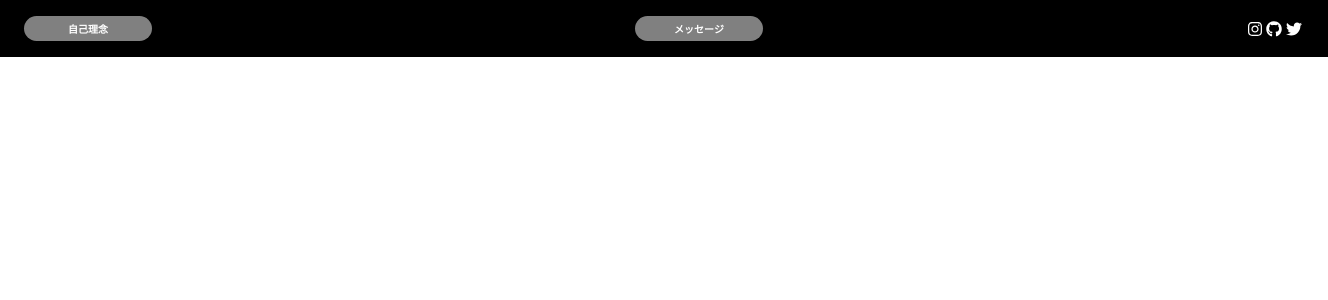
Repository: Rujuu-prog/react-mysite
Page: /
These files come from the project's save history. The page is drawn as it stood at one moment and after the next save; the edit follows.
The browser window is 1280 px wide. The page is 1328 px wide, so the pictures cover 1328 px, including what lies to the right of the window. The pictures show the whole page.
The project was rebuilt for these pictures with package versions that can differ from the ones it lists, and the page was loaded fresh each time. A package was used in the major version that the imports need, not the one package.json lists.

Above is the page before, as saved 2021-05-12 15:55:24.

### src/App.tsx
import React from 'react';
import { BrowserRouter, Link, Switch, Route } from "react-router-dom";
// import { Router } from "./router/Router";
import './App.css';
import { PrimaryButton } from './components/atoms/button/PrimaryButton';
import { Github } from './components/atoms/icon/Github';
import { Instagram } from './components/atoms/icon/Instagram';
import { Twitter } from './components/atoms/icon/Twitter';
import { IconList } from './components/molecules/IconList';
import { HeaderOnly } from './components/templates/HeaderOnly';



export default function App() {
  return (
    // <BrowserRouter>
      <div className="App" >
        <HeaderOnly/>

      </div>
    // </BrowserRouter>
  );
}

### src/components/templates/HeaderOnly.tsx
import React from "react";
import { Link } from "react-router-dom";
import styled from "styled-components";

import { Header } from "../atoms/layout/Header";
import { PrimaryButton } from "../atoms/button/PrimaryButton"
import { IconList } from "../molecules/IconList";

type Props = {
    children?: React.ReactNode;
};

export const HeaderOnly: React.FC<Props> = ({children}) => {
    return (
    <>
        <Header>
            <PrimaryButton>自己理念</PrimaryButton>
            <PrimaryButton>メッセージ</PrimaryButton>
            <IconList/>
        </Header>
        {children}
    </>
    );
};


// const SLink = styled(Link)`
//     margin: 0 8px;
// `;

### src/components/atoms/layout/Header.tsx
import React from "react";
import styled from "styled-components";

import { PrimaryButton } from '../button/PrimaryButton'

type Props = {
    children?: React.ReactNode;
}

export const Header: React.FC<Props> = ({children}) => {
    return (<SHeader>{children}</SHeader>);
};

const SHeader = styled.header`
    display: flex;
    justify-content: space-between;
    align-items: center;
    width: 100%;
    height: 20%;
    background-color: black;
    color: #fff;
    text-align: center;
    padding: 16px 24px;
`;

### src/components/atoms/button/PrimaryButton.tsx
import styled from "styled-components";
import { BaseButton } from "./BaseButton";

export const PrimaryButton = (props:any) => {
    const { children } = props;
    return <SButton>{children}</SButton>;
};

const SButton = styled(BaseButton)`
    background-color: gray;
    width: 10%;
    font-size: 10px;
    padding: 5px;
`;

### src/components/molecules/IconList.tsx
import React from "react";
import styled from "styled-components";
import { Github } from "../atoms/icon/Github";
import { Instagram } from "../atoms/icon/Instagram";
import { Twitter } from "../atoms/icon/Twitter";

export const IconList:React.FC = () => {
    return(
        <SIconContainer>
            <Instagram/>
            <Github/>
            <Twitter/>
        </SIconContainer>
    );
};

const SIconContainer = styled.div`
    display: flex;
    align-items: center;
`;

### src/components/atoms/button/BaseButton.tsx
import styled from "styled-components";

export const BaseButton = styled.button`
    color: #fff;
    font-weight: bold;
    padding: 6px 24px;
    border: none;
    border-radius: 9999px;
    outline: none;
    &:hover {
        cursor: pointer;
        opacity: 0.8;
    }
`;

### src/components/atoms/icon/Github.tsx
import { faGithub, faInstagram } from "@fortawesome/free-brands-svg-icons";
import { FontAwesomeIcon } from "@fortawesome/react-fontawesome"

const IconStyle = {
    padding:"2",
    fontsize:"50"
}

export const Github:React.FC = () => {
    return(<FontAwesomeIcon style={IconStyle} icon={faGithub}></FontAwesomeIcon>);
}

### src/components/atoms/icon/Instagram.tsx
import { faInstagram } from "@fortawesome/free-brands-svg-icons";
import { FontAwesomeIcon } from "@fortawesome/react-fontawesome"

const IconStyle = {
    padding:"2",
    fontsize:"50"
}

export const Instagram:React.FC = () => {
    return(<FontAwesomeIcon style={IconStyle} icon={faInstagram}></FontAwesomeIcon>);
}

### src/components/atoms/icon/Twitter.tsx
import { faInstagram, faTwitter } from "@fortawesome/free-brands-svg-icons";
import { FontAwesomeIcon } from "@fortawesome/react-fontawesome"

const IconStyle = {
    padding:"2",
    fontsize:"50"
}

export const Twitter:React.FC = () => {
    return(<FontAwesomeIcon style={IconStyle} icon={faTwitter}></FontAwesomeIcon>);
}

### src/components/atoms/button/SecondaryButton.tsx
import styled from "styled-components";

export const SecondaryButton = (props:any) => {
    const { children } = props;
    return <SButton>{children}</SButton>;
};

const SButton = styled.a`
    background-color: gray;
    width: 10%;
    font-size: 10px;
    padding: 5px;
`;

Loaded but not shown: public/index.html (common file); src/index.tsx (common file); src/index.css (common file); src/reportWebVitals.ts (common file); src/App.css (common file)

After the next save:
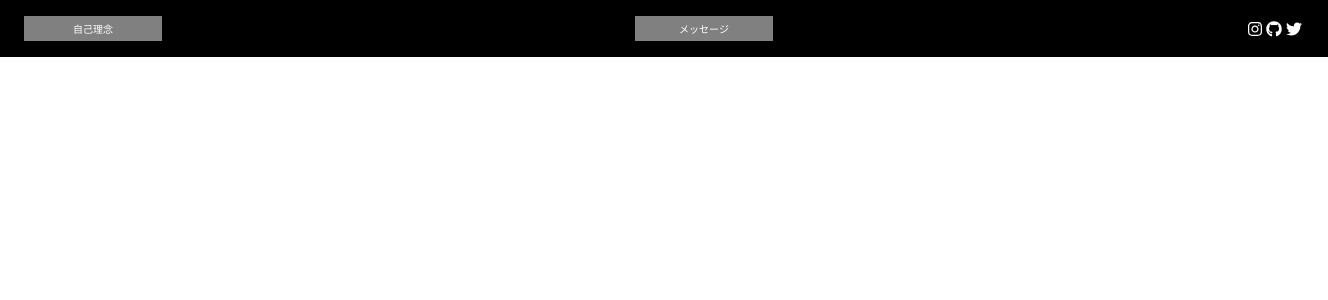
Saved 37 s later.
--- a/src/components/templates/HeaderOnly.tsx
+++ b/src/components/templates/HeaderOnly.tsx
@@ -3,7 +3,7 @@ import { Link } from "react-router-dom";
 import styled from "styled-components";
 
 import { Header } from "../atoms/layout/Header";
-import { PrimaryButton } from "../atoms/button/PrimaryButton"
+import { SecondaryButton } from "../atoms/button/SecondaryButton"
 import { IconList } from "../molecules/IconList";
 
 type Props = {
@@ -14,8 +14,8 @@ export const HeaderOnly: React.FC<Props> = ({children}) => {
     return (
     <>
         <Header>
-            <PrimaryButton>自己理念</PrimaryButton>
-            <PrimaryButton>メッセージ</PrimaryButton>
+            <SecondaryButton>自己理念</SecondaryButton>
+            <SecondaryButton>メッセージ</SecondaryButton>
             <IconList/>
         </Header>
         {children}
